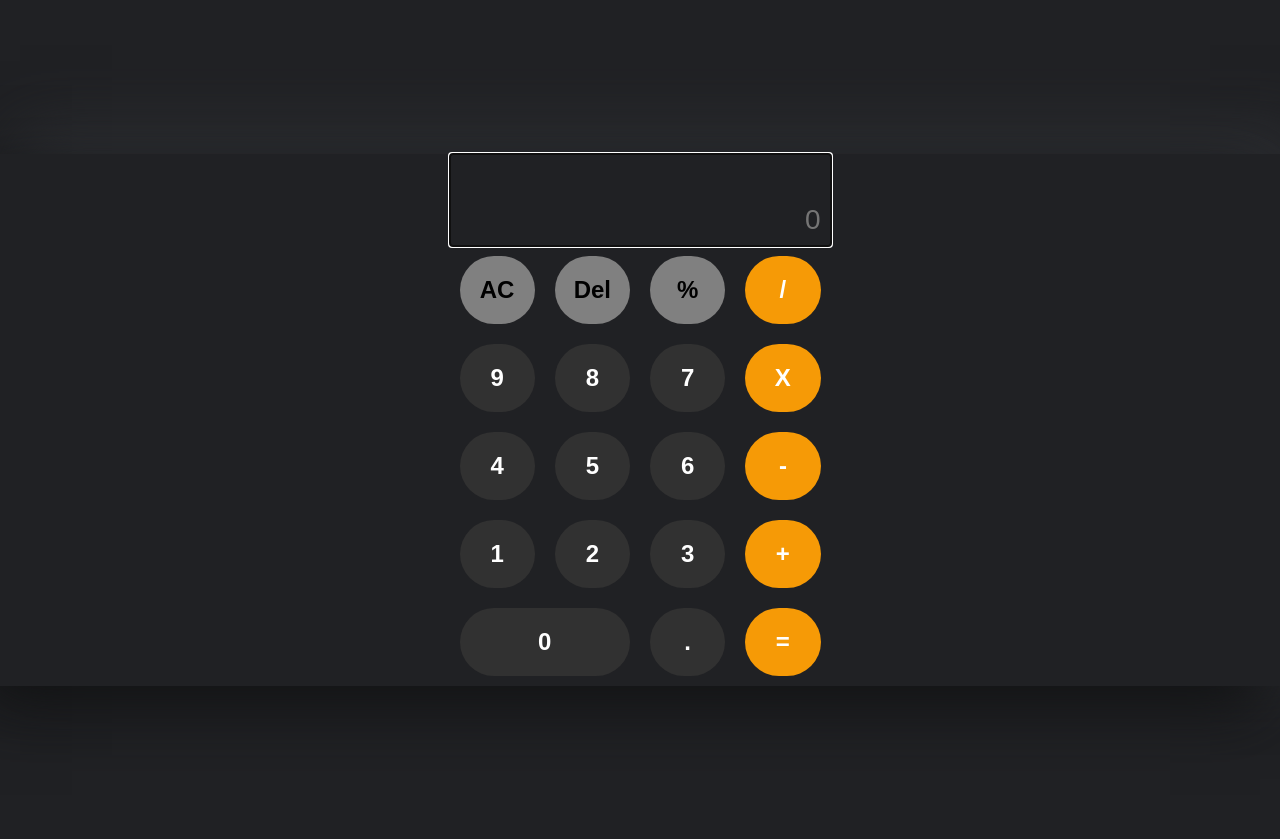
Repository: ble-syn/reactCalculator
Page: /
An editor plug-in stored every save of this project. The page is shown before and after the next save, followed by the edit.
The browser window is 1280 px wide. The pictures show the whole page.
The first visible `#calculator-display` has the focus.
The project was rebuilt for these pictures with package versions that can differ from the ones it lists, and the page was loaded fresh each time.

Above is the page before, as saved 2022-10-06 22:18:22.

After the next save:
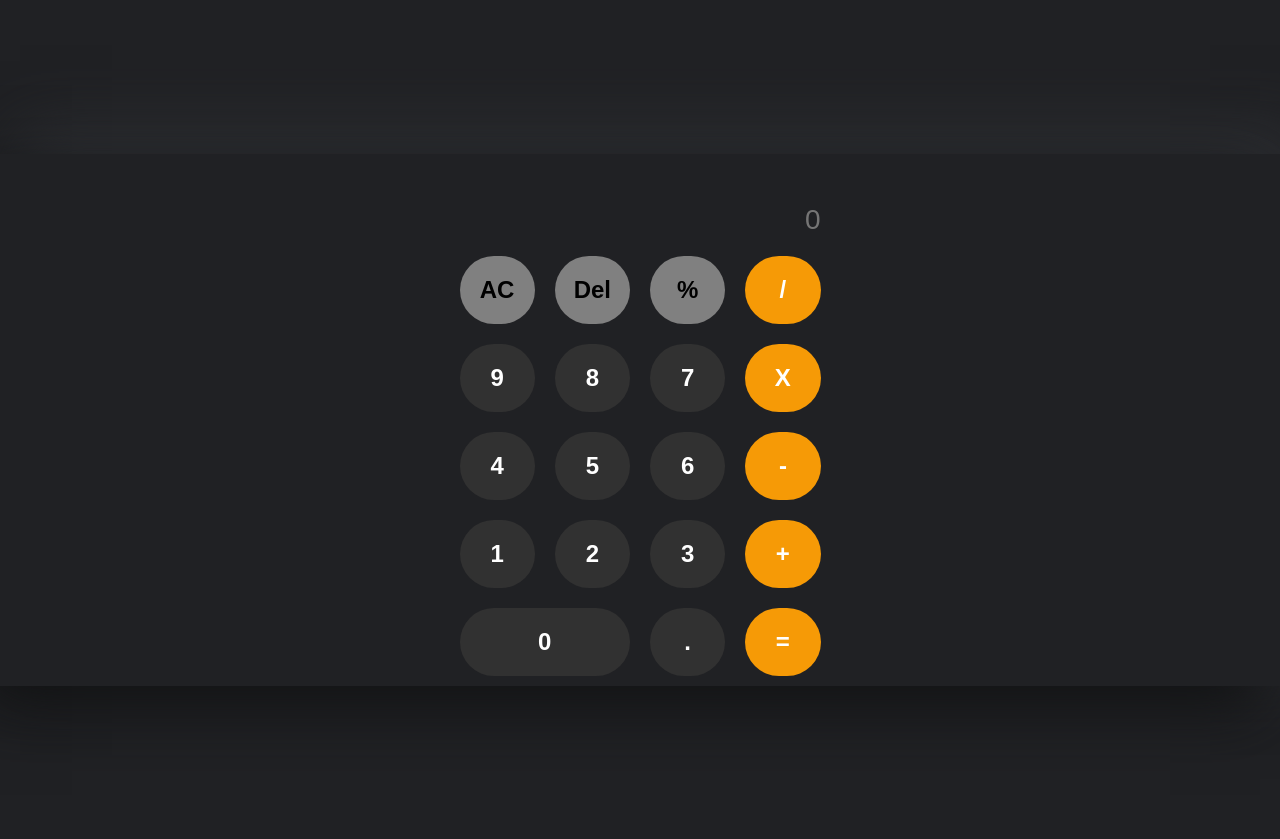
Saved 64 s later.
--- a/src/index.css
+++ b/src/index.css
@@ -31,7 +31,9 @@ box-shadow:  -20px 20px 60px #101112,
   color: #fff;
   background-color: #202124;
 }
-
+#calculator-display:focus {
+  outline: none;
+}
 .calculator-keys{
   display: grid;
   grid-template-columns: repeat(4, 1fr);
